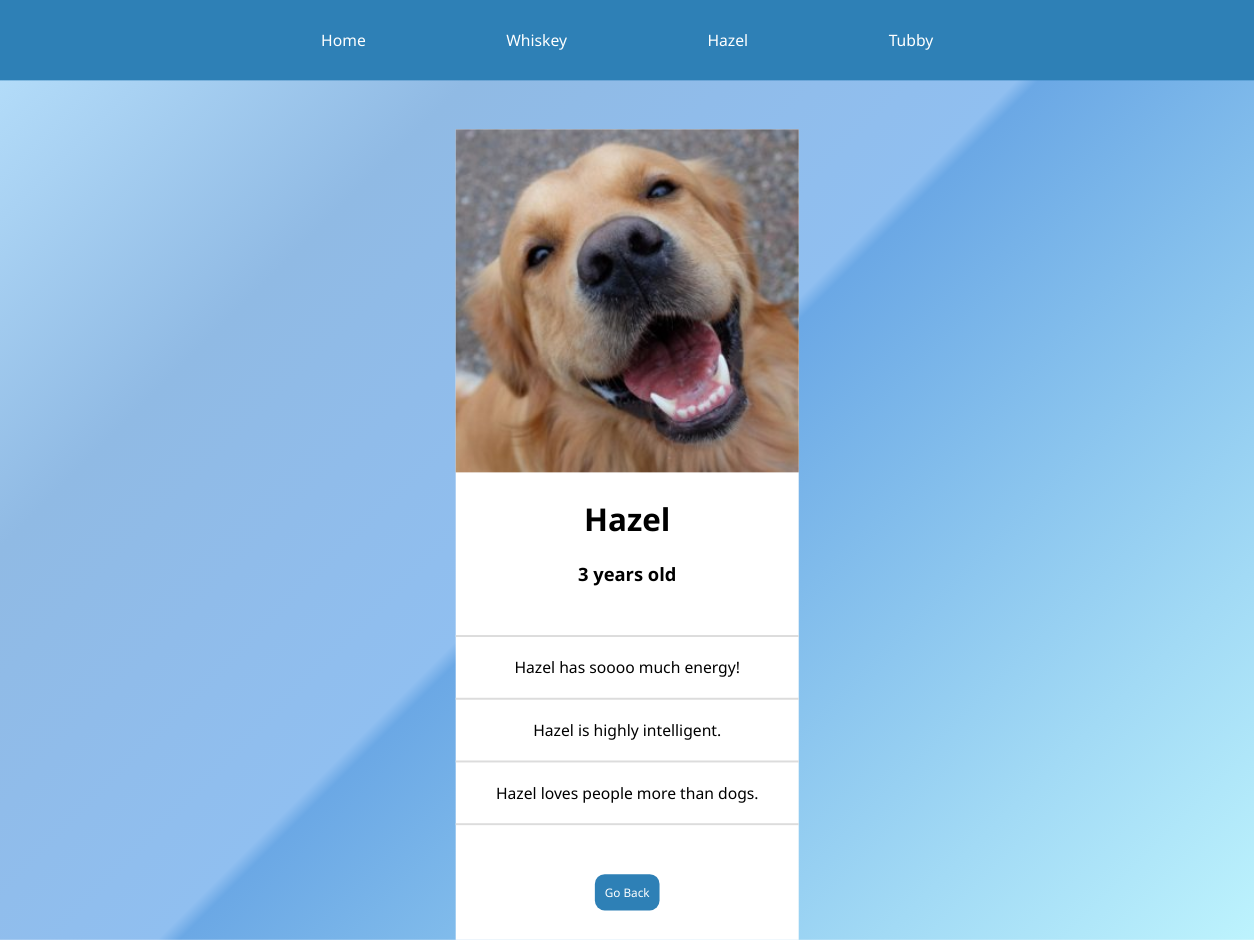
Repository: johnmutina/dog-finder
Page: /dogs/Hazel
The author's editor kept a copy of each file at every save. The page is drawn from the files as they stood at one save, then again after the next save.
The browser window is 1280 px wide. The pictures show the whole page, at 98% of full size.
The project was rebuilt for these pictures with package versions that can differ from the ones it lists, and the page was loaded fresh each time. Also part of the build but not shown: src/DogFinder.css, src/DogFinder.js.

Above is the page before, as saved 2019-07-28 15:49:15.

### src/App.js
import React, { Component } from "react";
import { Switch, Route, NavLink, Redirect } from "react-router-dom";
import DogFinder from "./DogFinder";
import Dog from "./Dog";
import "./App.css";

// Import all images in image folder
function importAll(r) {
  let images = {};
  r.keys().map((item, index) => {
    images[item.replace("./", "")] = r(item);
  });
  return images;
}

const images = importAll(
  require.context("./assets", false, /\.(gif|jpe?g|svg)$/)
);

class App extends Component {
  static defaultProps = {
    dogs: [
      {
        name: "Whiskey",
        age: 5,
        src: images["whiskey.jpg"],
        facts: [
          "Whiskey loves eating popcorn.",
          "Whiskey is a terrible guard dog.",
          "Whiskey wants to cuddle with you!"
        ]
      },
      {
        name: "Hazel",
        age: 3,
        src: images["hazel.jpg"],
        facts: [
          "Hazel has soooo much energy!",
          "Hazel is highly intelligent.",
          "Hazel loves people more than dogs."
        ]
      },
      {
        name: "Tubby",
        age: 4,
        src: images["tubby.jpg"],
        facts: [
          "Tubby is not the brightest dog",
          "Tubby does not like walks or exercise.",
          "Tubby loves eating food."
        ]
      }
    ]
  };

  render() {
    return (
      <div className="App">
        {/* NAVBAR */}
        <div className="App-navbar">
          <NavLink to="/dogs" activeClassName="App-active-navlink">
            Home
          </NavLink>
          {this.props.dogs.map(dog => (
            <NavLink
              key={dog.name}
              to={`/dogs/${dog.name}`}
              activeClassName="App-active-navlink"
            >
              {dog.name}
            </NavLink>
          ))}
        </div>

        {/* ROUTES SETUP */}

        <Switch>
          <Route
            exact
            path="/dogs"
            render={routeProps => (
              <DogFinder dogs={this.props.dogs} {...routeProps} />
            )}
          />
          <Route
            exact
            path="/dogs/:name"
            render={routeProps => (
              <Dog
                {...this.props.dogs.filter(
                  dog => dog.name === routeProps.match.params.name
                )[0]}
                {...routeProps}
              />
            )}
          />
          <Route render={() => <Redirect to="/dogs" />} />
        </Switch>
      </div>
    );
  }
}

export default App;

### src/Dog.js
import React, { Component } from "react";
import "./Dog.css";

class Dog extends Component {
  render() {
    return (
      <div className="Dog">
        <img src={this.props.src} alt={`${this.props.name}`} />
        <h1>{this.props.name}</h1>
        <h3>{this.props.age} years old</h3>
        <ul>
          {this.props.facts.map(fact => (
            <li>{fact}</li>
          ))}
        </ul>
        <button onClick={this.props.history.goBack}>Go Back</button>
      </div>
    );
  }
}

export default Dog;

### src/App.css
* {
  font-family: "Segoe UI", Tahoma, Geneva, Verdana, sans-serif;
}

.App {
  min-height: 100vh;
  text-align: center;
  background: #b8e1fc; /* Old browsers */
  background: -moz-linear-gradient(
    -45deg,
    #b8e1fc 0%,
    #a9d2f3 10%,
    #90bae4 25%,
    #90bcea 37%,
    #90bff0 50%,
    #6ba8e5 51%,
    #a2daf5 83%,
    #bdf3fd 100%
  ); /* FF3.6-15 */
  background: -webkit-linear-gradient(
    -45deg,
    #b8e1fc 0%,
    #a9d2f3 10%,
    #90bae4 25%,
    #90bcea 37%,
    #90bff0 50%,
    #6ba8e5 51%,
    #a2daf5 83%,
    #bdf3fd 100%
  ); /* Chrome10-25,Safari5.1-6 */
  background: linear-gradient(
    135deg,
    #b8e1fc 0%,
    #a9d2f3 10%,
    #90bae4 25%,
    #90bcea 37%,
    #90bff0 50%,
    #6ba8e5 51%,
    #a2daf5 83%,
    #bdf3fd 100%
  ); /* W3C, IE10+, FF16+, Chrome26+, Opera12+, Safari7+ */
  filter: progid:DXImageTransform.Microsoft.gradient( startColorstr='#b8e1fc', endColorstr='#bdf3fd',GradientType=1 ); /* IE6-9 fallback on horizontal gradient */
}
.App-navbar {
  display: flex;
  background-color: #2e80b6;
  justify-content: space-around;
  padding: 30px 20%;
}

.App-navbar > * {
  color: white;
  text-decoration: none;
  text-transform: capitalize;
}

.App-navbar > *:hover {
  text-decoration: underline;
  font-weight: bolder;
}

### src/Dog.css
.Dog {
  width: 60%;
  max-width: 350px;
  margin: 50px auto 0 auto;
  background: white;
}

.Dog img {
  width: 100%;
}

.Dog ul {
  list-style: none;
  padding-left: 0;
  margin: 50px 0;
  width: 100%;
}

.Dog ul li {
  /* margin: 20px 0; */
  padding: 20px;
  border-top: 2px solid rgb(220, 220, 220);
}

.Dog ul li:last-child {
  border-bottom: 2px solid rgb(220, 220, 220);
}

.Dog button {
  margin-bottom: 30px;
  padding: 10px;
  background-color: #2e80b6;
  color: white;
  font-size: 12px;
  border: none;
  border-radius: 10px;
  transition: all 0.2s ease-in-out;
}

.Dog button:hover {
  cursor: pointer;
  background-color: #134e76;
}

Loaded but not shown: public/index.html (common file); src/index.js (common file); src/index.css (common file); src/serviceWorker.js (common file)

After the next save:
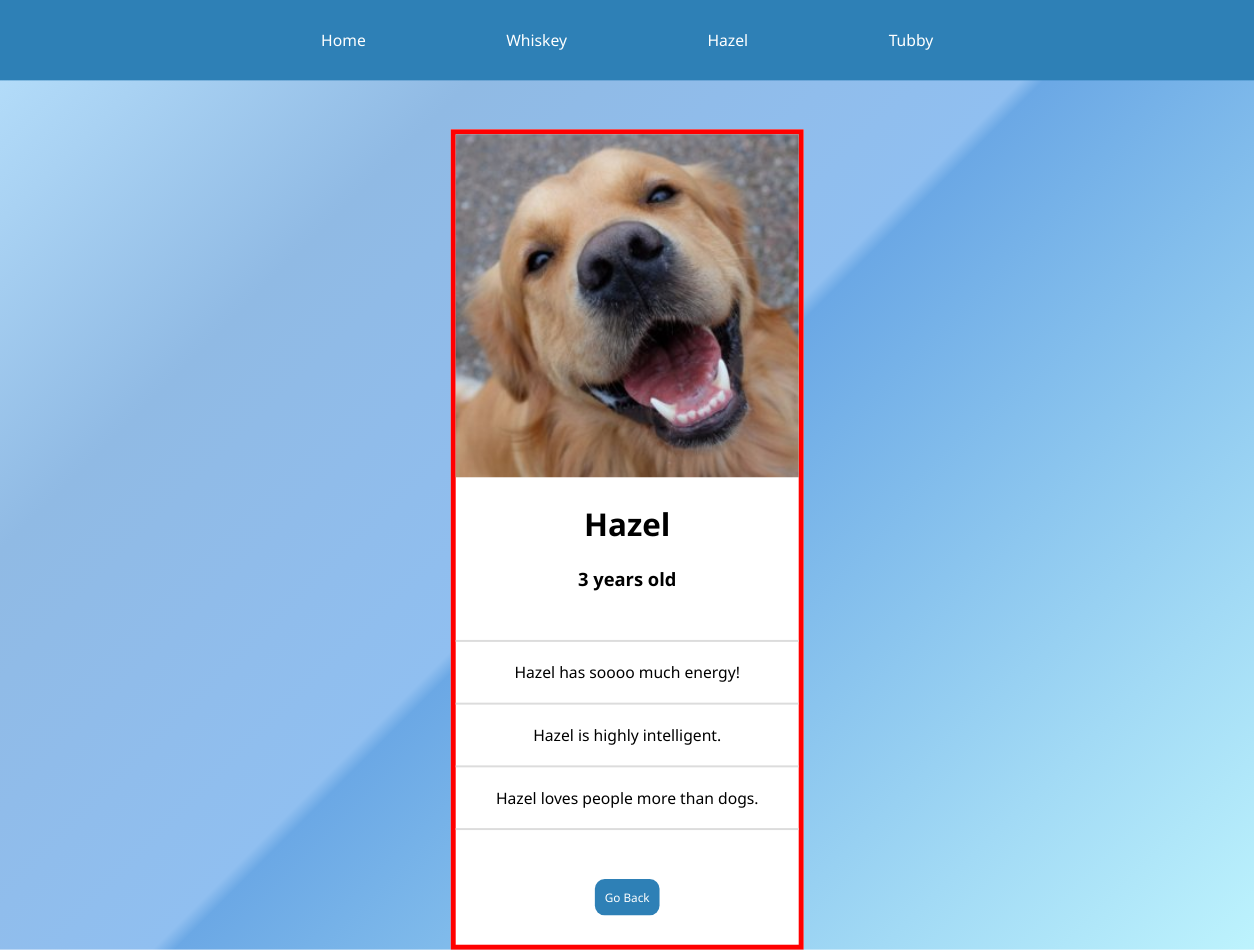
Saved 43 s later.
--- a/src/Dog.css
+++ b/src/Dog.css
@@ -3,6 +3,7 @@
   max-width: 350px;
   margin: 50px auto 0 auto;
   background: white;
+  border: 5px solid red;
 }
 
 .Dog img {

After the save that followed:
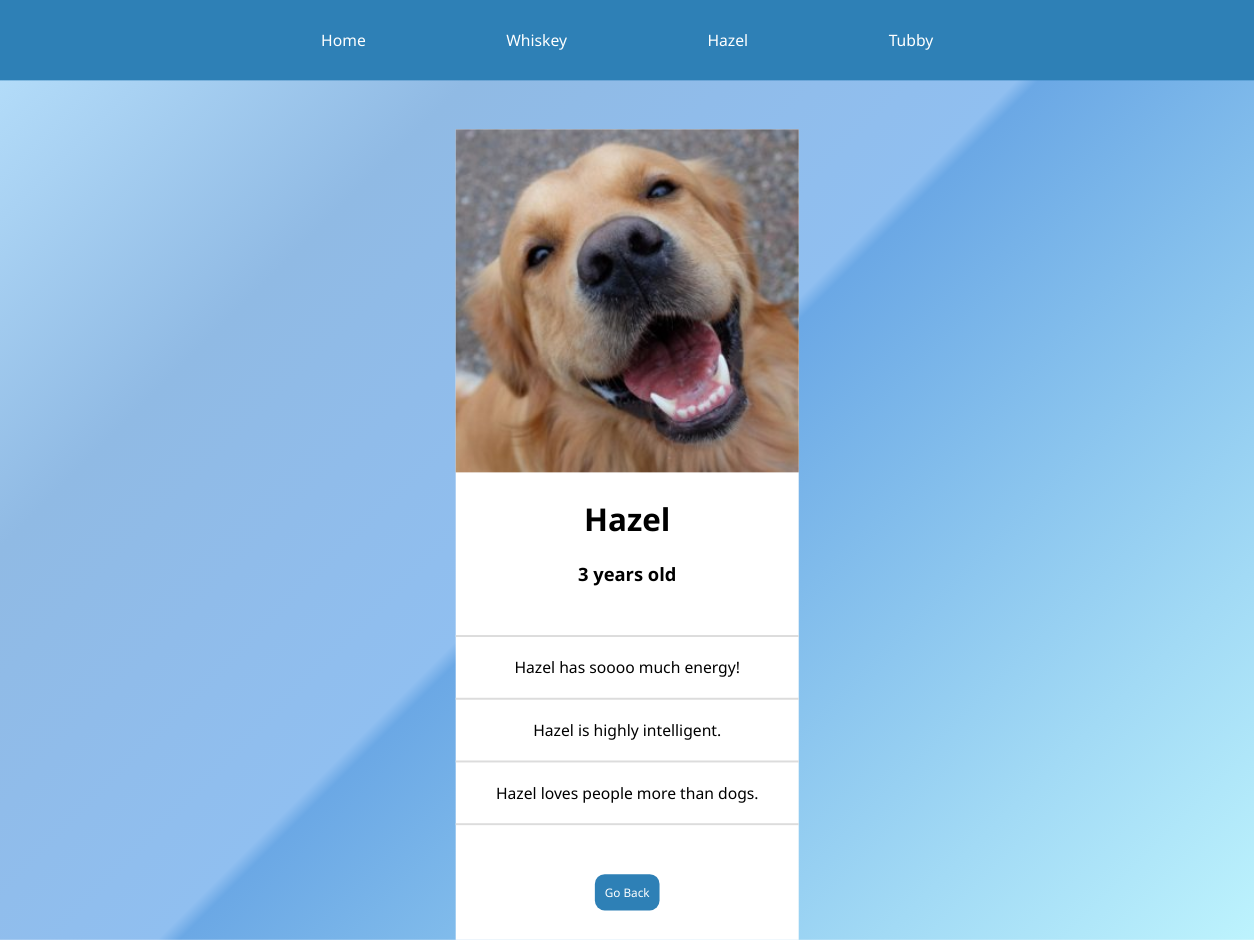
Saved 9 s later.
--- a/src/Dog.css
+++ b/src/Dog.css
@@ -3,7 +3,7 @@
   max-width: 350px;
   margin: 50px auto 0 auto;
   background: white;
-  border: 5px solid red;
+  box-shadow: ;
 }
 
 .Dog img {
